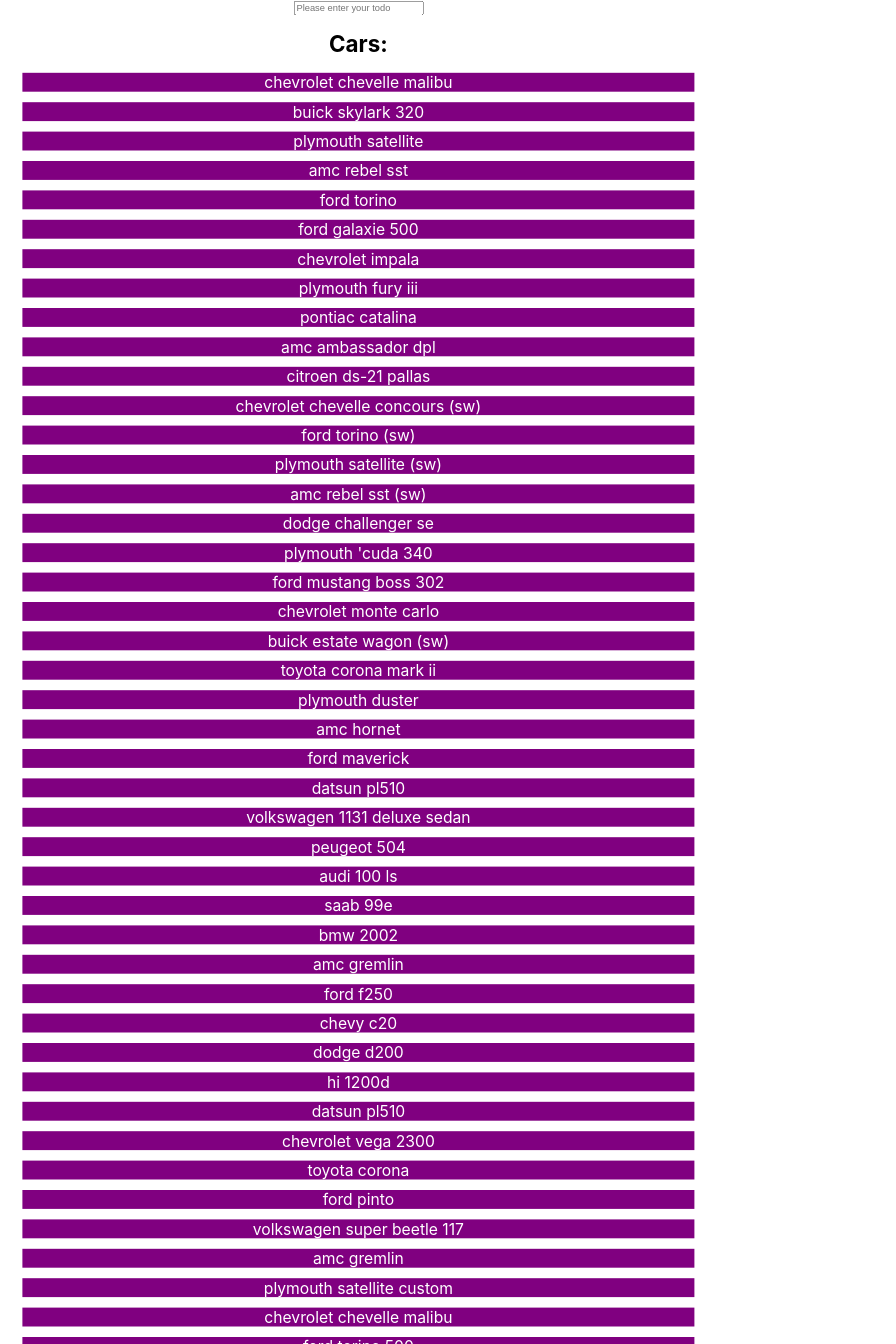
Repository: vhoreho/react
Page: / (app in myapp/)
These files come from the project's save history. The page is drawn as it stood at one moment and after the next save; the edit follows.
The browser window is 1280 px wide. The pictures show the part of the page from y = 0 to 1920 px (the page is 17156 px tall), at 70% of full size.
The project was rebuilt for these pictures with package versions that can differ from the ones it lists, and the page was loaded fresh each time.

Above is the page before, as saved 2022-08-08 20:49:26.

### myapp/src/App.js
import './App.css';
import Input from './components/Input';
import Cars from './components/Cars';

function App() {
  return (
    <div className="App">
      <Input />
      <Cars />
    </div>
  );
}

export default App;

### myapp/src/App.css
.App {
  text-align: center;
  max-width: 960px;
  margin-inline: 2rem;
}

.App-logo {
  height: 40vmin;
  pointer-events: none;
}

@media (prefers-reduced-motion: no-preference) {
  .App-logo {
    animation: App-logo-spin infinite 20s linear;
  }
}

.App-header {
  background-color: #282c34;
  min-height: 100vh;
  display: flex;
  flex-direction: column;
  align-items: center;
  justify-content: center;
  font-size: calc(10px + 2vmin);
  color: white;
}

.App-link {
  color: #61dafb;
}

@keyframes App-logo-spin {
  from {
    transform: rotate(0deg);
  }

  to {
    transform: rotate(360deg);
  }
}

### myapp/src/components/Input.js
import React from 'react'

export default function Input() {
  return (
    <input placeholder='Please enter your todo' />
  )
}

### myapp/src/components/Cars.js
import React from 'react';
import {cars} from '../data';
import Car from './Car';

export default function Cars() {
  return (
    <div>
        <h1>Cars:</h1>
        <ul style={{
          listStyle: 'none',
          padding: 0,
          margin: 0,
          color: 'white',
          fontSize: '1.4rem'
        }}>
            {cars.map((item, index) => <Car key={index} {...item} />)}
        </ul>
    </div>
  )
}

### myapp/src/components/Car.js
import React from 'react'

export default function Car(props) {
  return (
    <li style={{
      margin: '15px 0',
      background: 'purple'
    }}>{props.Name}</li>
  )
}

Loaded but not shown: myapp/public/index.html (common file); myapp/src/index.js (common file); myapp/src/index.css (common file); myapp/src/data/index.js (4468 lines, source omitted)

After the next save:
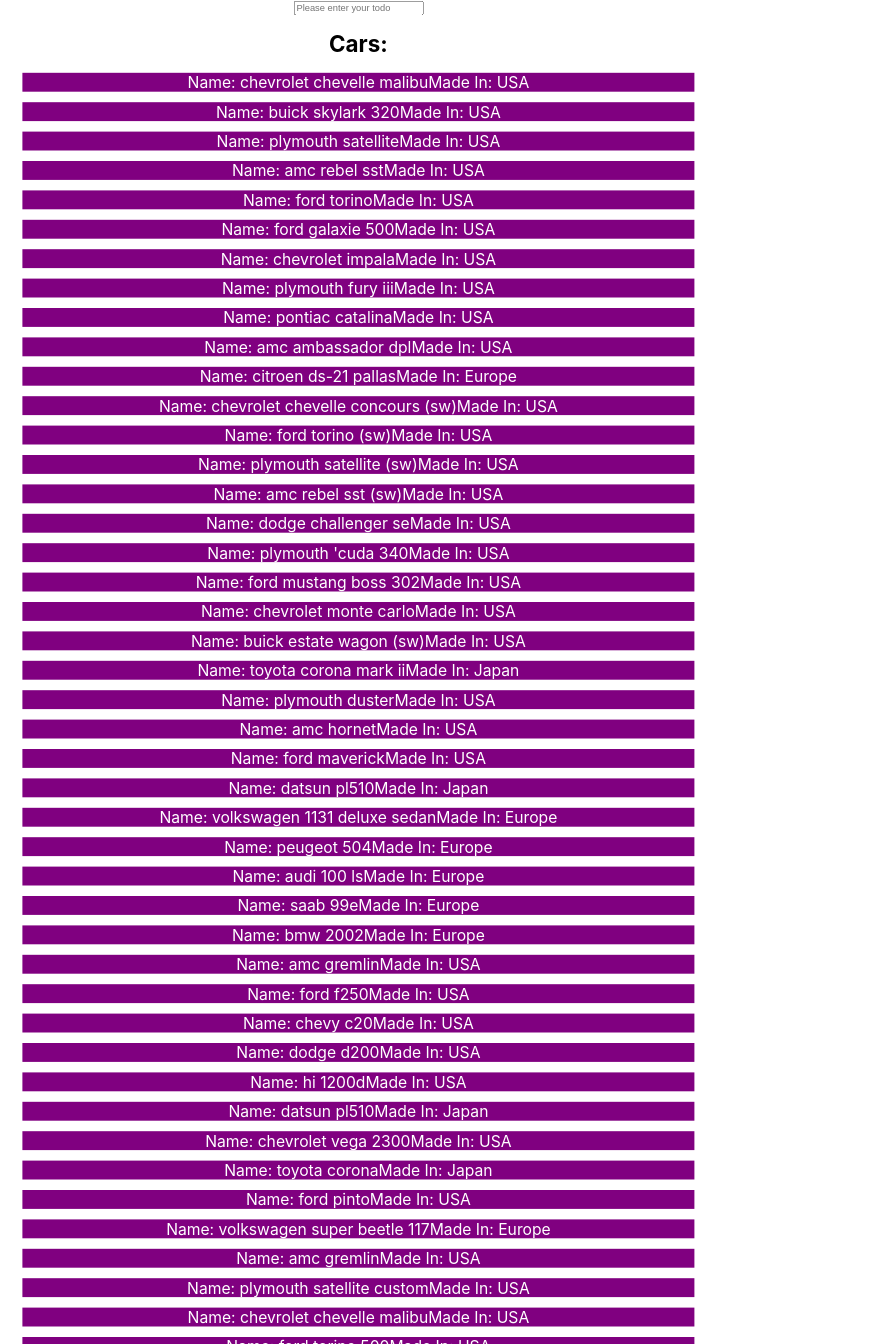
Saved 69 s later.
--- a/myapp/src/components/Car.js
+++ b/myapp/src/components/Car.js
@@ -5,6 +5,9 @@
     <li style={{
       margin: '15px 0',
       background: 'purple'
-    }}>{props.Name}</li>
+    }}>
+      Name: {props.Name}
+      Made In: {props.Origin}
+    </li>
   )
 }
